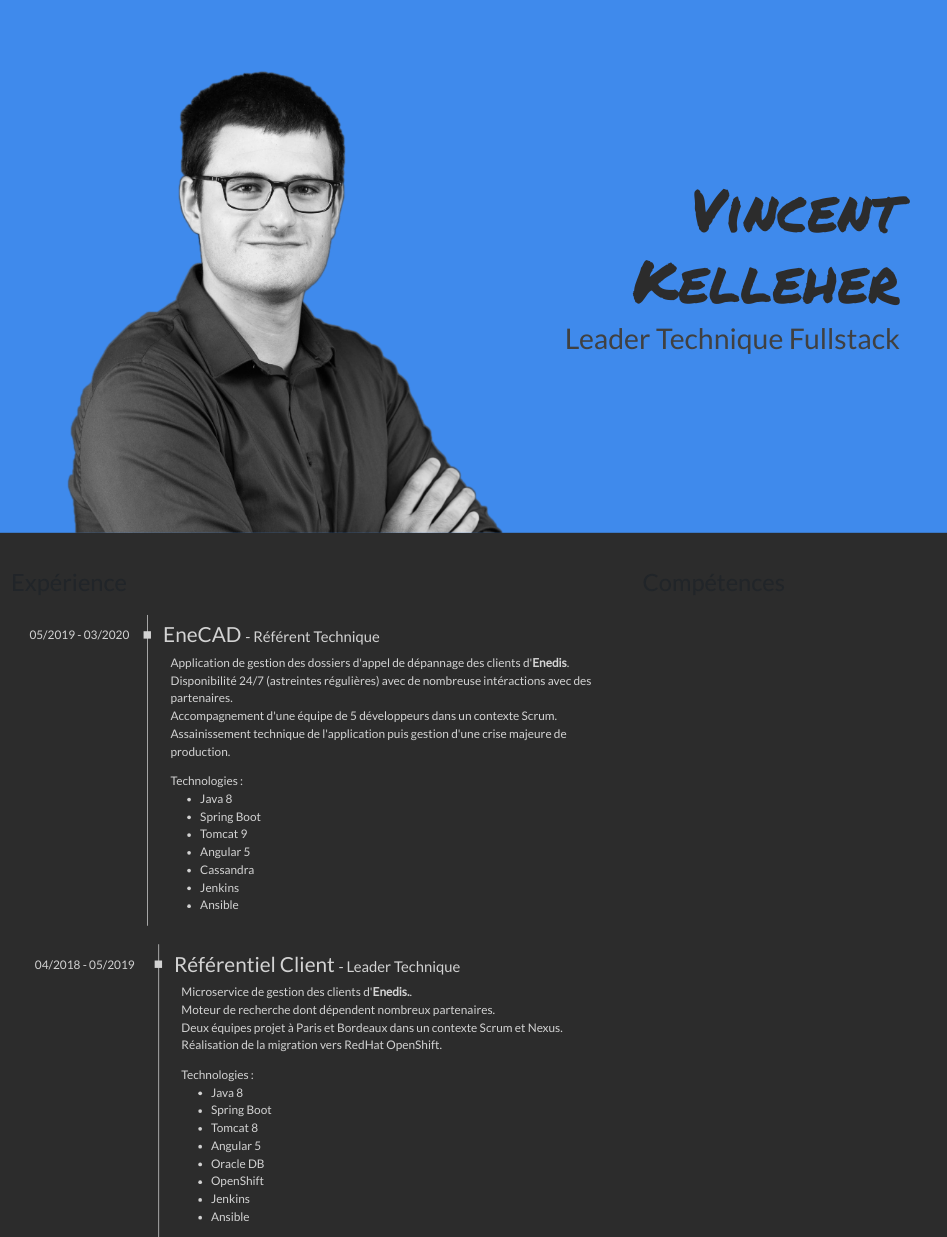
Repository: vincentkelleher/portfolio
Page: /
These files come from the project's save history. The page is drawn as it stood at one moment and after the next save; the edit follows.
The browser window is 1280 px wide. The pictures show the whole page, at 74% of full size.
An inner scrolling area shows only its first screen. The project was rebuilt for these pictures with package versions that can differ from the ones it lists, and the page was loaded fresh each time. Also part of the build but not shown: src/components/Resume.scss.

Above is the page before, as saved 2019-12-18 22:11:38.

### src/index.js
import React from 'react';
import ReactDOM from 'react-dom';
import './index.scss';
import App from './components/App';
import * as serviceWorker from './serviceWorker';
import 'bootstrap/scss/bootstrap-grid.scss';
import 'bootstrap/scss/bootstrap.scss';

ReactDOM.render(<App />, document.getElementById('root'));

// If you want your app to work offline and load faster, you can change
// unregister() to register() below. Note this comes with some pitfalls.
// Learn more about service workers: https://bit.ly/CRA-PWA
serviceWorker.unregister();

### src/index.scss
@import 'variables.scss';

@font-face {
  font-family: 'Permanent Marker';
  src: url("fonts/PermanentMarker-Regular.ttf") format("truetype");
}

@font-face {
  font-family: 'Lato';
  src: url("fonts/Lato-Light.ttf") format("truetype");
}

@font-face {
  font-family: 'Lato';
  font-weight: bolder;
  src: url("fonts/Lato-Regular.ttf") format("truetype");
}

body {
  margin: 0;
  font-family: 'Lato' !important;
  -webkit-font-smoothing: antialiased;
  -moz-osx-font-smoothing: grayscale;
  background-color: $secondary-color !important;
}

### src/components/App.js
import React from 'react';
import { Container } from 'react-bootstrap';
import './App.scss';
import Banner from './Banner';
import Resume from './Resume';

export default () => {

  return (
    <Container fluid="true" className="p-0 full-height snap-scroll-container">
      <Banner></Banner>
      <Resume></Resume>
    </Container>
  );
}

### src/variables.scss
$primary-color: rgb(63, 138, 236);
$secondary-color: #2c2c2c;
$secondary-color-light: invert($secondary-color);

### src/components/App.scss
.full-height {
  height: 100vh;
}

.snap-scroll-container {
  scroll-snap-type: mandatory;
  scroll-snap-type: y mandatory;
}

.snap-scroll-section {
  scroll-snap-align: start;
}

.row {
  margin: 0 !important;
}

### src/components/Banner.js
import React from 'react';
import { Row } from 'react-bootstrap';
import { slideInLeft, slideInUp, slideInDown } from 'react-animations';
import Radium, {StyleRoot} from 'radium';
import Portrait from '../images/portrait.png';
import './Banner.scss';

export default () => {
    const styles = {
        slideInLeft: {
            animation: 'slideInLeft 3s',
            animationName: Radium.keyframes(slideInLeft, 'slideInLeft')
        },
        slideInDown: {
            animation: 'slideInDown 3s',
            animationName: Radium.keyframes(slideInDown, 'slideInDown')
        },
        slideInUp: {
            animation: 'slideInUp 3s',
            animationName: Radium.keyframes(slideInUp, 'slideInUp')
        }
    };

    return <Row id="banner" className="mb-5 snap-scroll-section">
        <StyleRoot id="banner-portrait-container">
        <img alt="Portrait" src={Portrait} style={styles.slideInLeft} />
        </StyleRoot>
        <div id="banner-text" className="my-auto-lg">
        <div>
            <StyleRoot>
            <h1 style={styles.slideInDown}>Vincent Kelleher</h1>
            </StyleRoot>
            <StyleRoot>
            <h2 style={styles.slideInUp}>Leader Technique Fullstack</h2>
            </StyleRoot>
        </div>
        </div>
    </Row>;
}

### src/components/Resume.js
import React from 'react';
import { Row, Col } from 'react-bootstrap';
import './Resume.scss';
import Experience from './Experience';

export default () => {

    return (
        <Row id="resume snap-scroll-section">
            <Col lg="8">
                <h2>Expérience</h2>
                <Experience>
                    <Experience.Date>05/2019 - 03/2020</Experience.Date>
                    <Experience.Project>EneCAD</Experience.Project>
                    <Experience.Position>Référent Technique</Experience.Position>
                    <Experience.Description>
                        Application de gestion des dossiers d'appel de dépannage des clients d'<strong>Enedis</strong>.<br/>
                        Disponibilité 24/7 (astreintes régulières) avec de nombreuse intéractions avec des partenaires.<br/>
                        Accompagnement d'une équipe de 5 développeurs dans un contexte Scrum.<br/>
                        Assainissement technique de l'application puis gestion d'une crise majeure de production.
                    </Experience.Description>
                    <Experience.Stack>
                        <Experience.Technology>Java 8</Experience.Technology>
                        <Experience.Technology>Spring Boot</Experience.Technology>
                        <Experience.Technology>Tomcat 9</Experience.Technology>
                        <Experience.Technology>Angular 5</Experience.Technology>
                        <Experience.Technology>Cassandra</Experience.Technology>
                        <Experience.Technology>Jenkins</Experience.Technology>
                        <Experience.Technology>Ansible</Experience.Technology>
                    </Experience.Stack>
                </Experience>
                <Experience>
                    <Experience.Date>04/2018 - 05/2019</Experience.Date>
                    <Experience.Project>Référentiel Client</Experience.Project>
                    <Experience.Position>Leader Technique</Experience.Position>
                    <Experience.Description>
                        Microservice de gestion des clients d'<strong>Enedis.</strong>.<br/>
                        Moteur de recherche dont dépendent nombreux partenaires.<br/>
                        Deux équipes projet à Paris et Bordeaux dans un contexte Scrum et Nexus.<br/>
                        Réalisation de la migration vers RedHat OpenShift.
                    </Experience.Description>
                    <Experience.Stack>
                        <Experience.Technology>Java 8</Experience.Technology>
                        <Experience.Technology>Spring Boot</Experience.Technology>
                        <Experience.Technology>Tomcat 8</Experience.Technology>
                        <Experience.Technology>Angular 5</Experience.Technology>
                        <Experience.Technology>Oracle DB</Experience.Technology>
                        <Experience.Technology>OpenShift</Experience.Technology>
                        <Experience.Technology>Jenkins</Experience.Technology>
                        <Experience.Technology>Ansible</Experience.Technology>
                    </Experience.Stack>
                </Experience>
            </Col>

            <Col lg="4">
                <h2>Compétences</h2>
            </Col>
        </Row>
    );
}

### src/components/Banner.scss
@import '../variables.scss';
@import '~bootstrap/scss/bootstrap-grid.scss';

#banner {
    height: 100%;
    background-color: $primary-color;

    #banner-portrait-container {
      @include media-breakpoint-up(lg) {
        text-align: left;
      }

      @include media-breakpoint-down(md) {
        text-align: center;
      }

      position:absolute;
      left: 0;
      bottom: 0;
      width: 100%;

      img {
        @include media-breakpoint-up(lg) {
          height: 90vh;
        }

        @include media-breakpoint-down(md) {
          width: 75%;
        }
      }
    }

    #banner-text > div {
      @include media-breakpoint-up(lg) {
        position: absolute;
        right: 5%;
        text-align: right;
        width: 50vw;
        top: 50%;
        transform: translateY(-50%);
      }

      @include media-breakpoint-down(md) {
        text-align: center;
        width: 100vw;
        margin-top: 5%;
      }

      h1 {
        color: $secondary-color;
        font-family: 'Permanent Marker';
        font-size: 5rem;
      }

      h2 {
        color: lighten($secondary-color, 8);
        font-size: 2.4rem;
      }
    }
  }

### src/components/Experience.js
import React from 'react';
import './Experience.scss';

class ExperienceDate extends React.Component {

    render() {
        return (<div className="date-container">{ this.props.date }</div>);
    }
}

class ExperienceProject extends React.Component {

    render() {
        return (<h1>{ this.props.value }</h1>);
    }
}

class ExperiencePosition extends React.Component {

    render() {
        return (<h3>- { this.props.value }</h3>);
    }
}

class ExperienceDescription extends React.Component {

    render() {
        return (<p>{ this.props.value }</p>);
    }
}

class ExperienceStack extends React.Component {

    render() {
        let technologies = this.props.items
            .map(technology => React.cloneElement(technology, {
                key: technology.props.children,
                value: technology.props.children
            }));

        return (
            <>
                <span>Technologies :</span>
                <ul>
                    { technologies }
                </ul>
            </>
        );
    }
}

class ExperienceTechnology extends React.Component {

    render() {
        return (<li key={ this.props.key }>{ this.props.value }</li>);
    }
}

export default class Experience extends React.Component {

    static Date = ExperienceDate;
    static Project = ExperienceProject;
    static Position = ExperiencePosition;
    static Description = ExperienceDescription;
    static Stack = ExperienceStack;
    static Technology = ExperienceTechnology;

    render() {
        return (
            <div className="experience">
                <div className="timeline">
                    {
                        React.Children.map(this.props.children, child => {
                            if (child.type === ExperienceDate) {
                                return React.cloneElement(child, { date: child.props.children });
                            }
                        })
                    }
                    <div className="details">
                        {
                            React.Children.map(this.props.children, child => {
                                if (child.type === ExperienceDate) {
                                    return;
                                }

                                if (child.type === ExperienceStack) {
                                    return React.cloneElement(child, { items: child.props.children });
                                }

                                return React.cloneElement(child, { value: child.props.children });
                            })
                        }
                    </div>
                </div>
            </div>
        );
    }
}

### src/components/Experience.scss
@import '../variables.scss';

.experience {
    color: $secondary-color-light;

    & > .timeline {
        display: flex;
        flex-direction: row;
        margin-top: 25px;

        & > .date-container {
            position: relative;
            width: 200px;
            text-align: center;
            border-right: 1px solid $secondary-color-light;
            padding-top: 15px;

            &::after {
                position: absolute;
                top: 22px;
                right: -5px;
                content: "";
                width: 10px;
                height: 10px;
                background-color: $secondary-color-light;
            }
        }

        & > .details {
            padding-top: 10px;
            padding-left: 30px;

            & > h1 {
                display: inline-block;
                margin-left: -10px;
                font-size: 1.75rem;
            }

            & > h3 {
                display: inline-block;
                font-size: 1.25rem;
                padding-left: 5px;
            }
        }
    }
}

Loaded but not shown: public/index.html (common file); src/serviceWorker.js (common file)

After the next save:
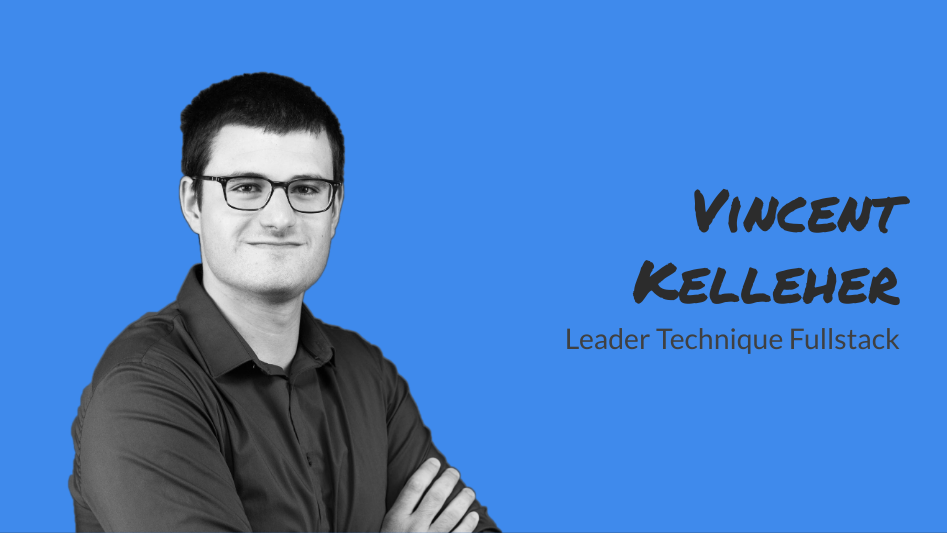
Saved 93 s later.
--- a/src/components/App.scss
+++ b/src/components/App.scss
@@ -3,6 +3,7 @@
 }
 
 .snap-scroll-container {
+  overflow: scroll;
   scroll-snap-type: mandatory;
   scroll-snap-type: y mandatory;
 }
